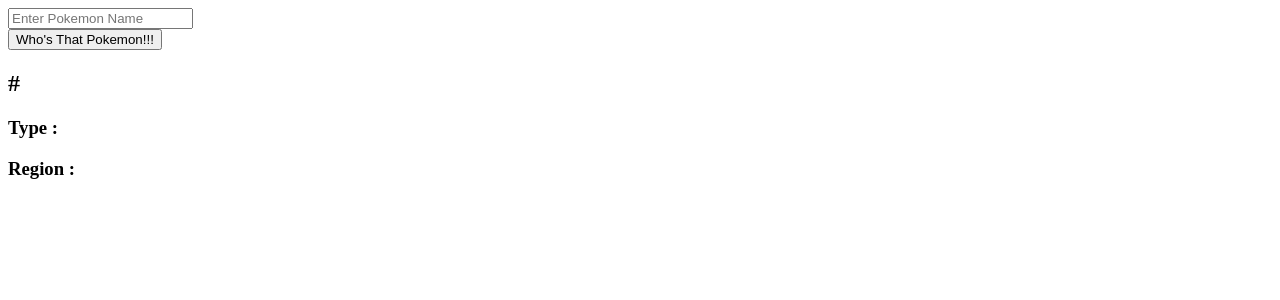
Repository: yucheng91/CIassignment2
Page: index.html
The author's editor kept a record of every edit. The page is drawn from the files as they stood at one moment, then again after the next edit.
The browser window is 1280 px wide. The pictures show the whole page.
Some web libraries are served in a nearby version.

Above is the page before.

### index.html
<!DOCTYPE html>
<html lang="en">
<head>
    <meta charset="UTF-8">
    <meta name="viewport" content="width=device-width, initial-scale=1.0">
    <meta http-equiv="X-UA-Compatible" content="ie=edge">
    <title>Document</title>
    <script type="text/javascript" src="https://cdnjs.cloudflare.com/ajax/libs/axios/0.19.0/axios.js"></script>
    <script src="https://code.jquery.com/jquery-3.4.1.js" integrity="sha256-WpOohJOqMqqyKL9FccASB9O0KwACQJpFTUBLTYOVvVU=" crossorigin="anonymous"></script>
    <link rel="stylesheet" href="style.css" type="text/css" />
</head>

<body>
    <input id="NameInput" type="text" placeholder="Enter Pokemon Name">
    <br>
    <button type="reset" onClick="NameSearch()">Who's That Pokemon!!!</button>

    <h2>#<span id="pokemonid"></span> <span id="pokemonname"></span></h2>

    <h3>Type : <span id="pokemontype"></span></h3>

    <h3>Region : <span id="pokemonregion"></span></h3>

    <script src="scripts/pokeapi.js"></script>
</body>
</html>

### scripts/pokeapi.js
/* global axios */
/* global $ */

function NameSearch(){
    let name = document.getElementById("NameInput").value.toLowerCase();
    //PokeAPI api works by having the pokemon name right behind the URL
    let pokemonurl = "https://pokeapi.co/api/v2/pokemon/" + name;

    axios.get(pokemonurl)
        .then(function(response){
            console.log(response.data);
            // console.log(response.data.name)
            let pokemonfront = response.data.sprites.front_default;
            let pokemonback = response.data.sprites.back_default;
            let pokemonname = response.data.name;
            let pokemontype = response.data.types[0].type.name;
            let pokemonid = response.data.id;

                //try inner HTML;
            $('#pokemonfront').attr("src",pokemonfront)
            $('#pokemonback').attr("src",pokemonback)
            $('#pokemonid').html(pokemonid);
            $('#pokemonname').html(pokemonname);
            $('#pokemontype').html(pokemontype);

        })
}

Loaded but not shown: style.css (no copy from this time; the picture is the same without it)

After the next edit:
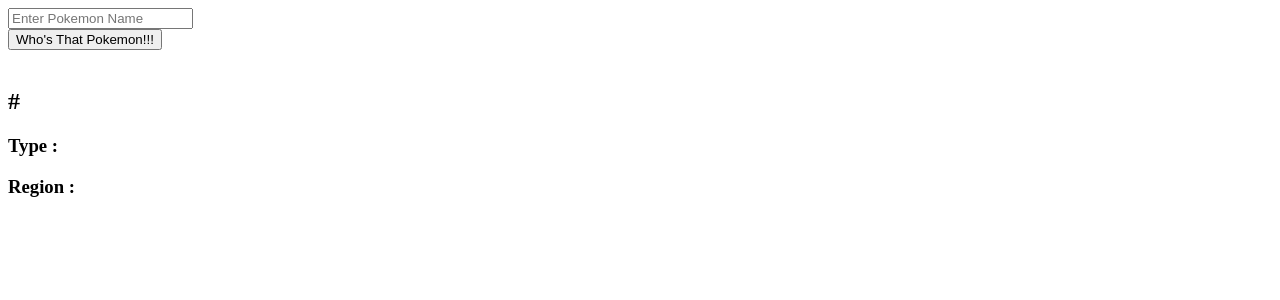
The edit:
--- a/index.html
+++ b/index.html
@@ -15,6 +15,10 @@
     <br>
     <button type="reset" onClick="NameSearch()">Who's That Pokemon!!!</button>
 
+    <div id="pokemonimg">
+    <img id="pokemonfront"></img> <img id="pokemonback"></img>
+    </div>
+
     <h2>#<span id="pokemonid"></span> <span id="pokemonname"></span></h2>
 
     <h3>Type : <span id="pokemontype"></span></h3>
